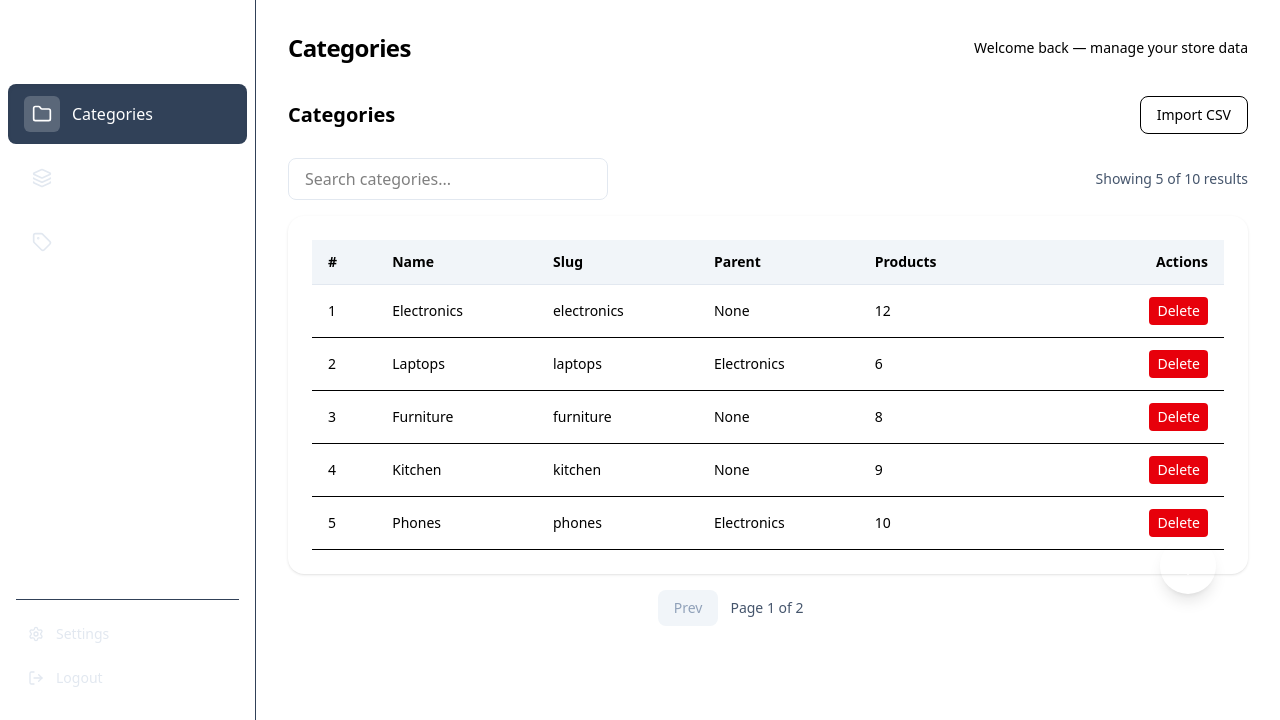
Repository: Ndegwa2/MulistorePOS
Page: /
The author's editor kept a copy of each file at every save. The page is drawn from the files as they stood at one save, then again after the next save.
The browser window is 1280 px wide. The pictures show the whole page.
The project was rebuilt for these pictures with package versions that can differ from the ones it lists, and the page was loaded fresh each time. Also part of the build but not shown: vite.config.js, Frontend/EditModal.jsx, Frontend/DeleteConfirm.jsx, Frontend/subcategory.jsx, Frontend/brand.jsx.

Above is the page before, as saved 2025-10-03 10:20:07.

### index.html
<!DOCTYPE html>
<html lang="en">
  <head>
    <meta charset="UTF-8" />
    <link rel="icon" type="image/svg+xml" href="/vite.svg" />
    <meta name="viewport" content="width=device-width, initial-scale=1.0" />
    <title>Multistore POS</title>
  </head>
  <body class="bg-secondary text-text">
    <div id="root"></div>
    <script type="module" src="/Frontend/main.jsx"></script>
  </body>
</html>

### Frontend/main.jsx
import React from 'react'
import ReactDOM from 'react-dom/client'
import './index.css'
import Dashboard from './dashboaord'

ReactDOM.createRoot(document.getElementById('root')).render(
  <React.StrictMode>
    <Dashboard />
  </React.StrictMode>,
)

### Frontend/dashboaord.jsx
import React, { useState } from "react";
import { Folder, Layers, Tag, Settings, LogOut } from "lucide-react";

// Assume these exist in your project
import CategoryPanel from "./categoryPanel";
import SubCategoryPanel from "./subcategory";
import BrandPanel from "./brand";

const NAV = [
  { key: "categories", label: "Categories", icon: Folder },
  { key: "subcategories", label: "Subcategories", icon: Layers },
  { key: "brands", label: "Brands", icon: Tag },
];

export default function Dashboard() {
  const [active, setActive] = useState("categories");

  // small helper for rendering the active panel
  function renderPanel() {
    if (active === "categories") return <CategoryPanel />;
    if (active === "subcategories") return <SubCategoryPanel />;
    return <BrandPanel />;
  }

  return (
    <div className="min-h-screen bg-secondary text-text flex">
      {/* Sidebar */}
      <aside
        className="w-64 fixed left-0 top-0 h-screen bg-primary text-white border-r border-slate-700
                   flex flex-col justify-between"
        aria-label="Sidebar"
      >
        <div>
          {/* Logo / Title */}
          <div className="px-6 py-6">
            <div className="text-sm font-semibold">Multistore POS</div>
          </div>

          {/* Nav */}
          <nav className="mt-4 px-2" aria-label="Main navigation">
            {NAV.map((n) => {
              const Icon = n.icon;
              const isActive = active === n.key;
              return (
                <button
                  key={n.key}
                  onClick={() => setActive(n.key)}
                  className={`group w-full flex items-center gap-3 px-4 py-3 my-1 rounded-lg text-left
                              transition-colors duration-150
                              ${isActive ? "bg-slate-700 text-white shadow-inner" : "hover:bg-slate-700"}`}
                  aria-current={isActive ? "page" : undefined}
                >
                  <div className={`p-2 rounded-md ${isActive ? "bg-white/20" : "bg-transparent"}`}>
                    <Icon className={`w-5 h-5 ${isActive ? "text-white" : "text-slate-200"} transition-colors`} />
                  </div>
                  <span className="flex-1">{n.label}</span>
                  {/* subtle chevron or count placeholder (optional) */}
                </button>
              );
            })}
          </nav>
        </div>

        {/* bottom area */}
        <div className="px-4 pb-6">
          <div className="border-t border-slate-700 pt-4 flex flex-col gap-2">
            <button className="flex items-center gap-3 px-3 py-2 rounded-lg hover:bg-slate-700 transition-colors">
              <Settings className="w-4 h-4 text-slate-200" />
              <span className="text-sm text-slate-200">Settings</span>
            </button>
            <button className="flex items-center gap-3 px-3 py-2 rounded-lg hover:bg-slate-700 transition-colors">
              <LogOut className="w-4 h-4 text-slate-200" />
              <span className="text-sm text-slate-200">Logout</span>
            </button>
          </div>
        </div>
      </aside>

      {/* Main content */}
      <main className="flex-1 ml-64 bg-secondary min-h-screen text-text p-8">
        {/* Top header (shows active panel name) */}
        <header className="mb-6">
          <div className="flex items-center justify-between">
            <h2 className="text-2xl font-semibold tracking-tight">
              {NAV.find((n) => n.key === active)?.label}
            </h2>
            <div className="text-sm text-text">Welcome back — manage your store data</div>
          </div>
        </header>

        {/* Content area with simple fade/slide animation */}
        <section
          key={active} /* remounts on active change to trigger transition */
          className="transition duration-300 ease-out transform opacity-0 translate-y-2 animate-fade-in"
          style={{ animationFillMode: "forwards", animationDuration: "220ms" }}
        >
          <div className="bg-transparent">
            {renderPanel()}
          </div>
        </section>
      </main>

      {/* small global styles for the fade-in animation (Tailwind can't define keyframes inline) */}
      <style>{`
        @keyframes fadeIn {
          from { opacity: 0; transform: translateY(6px); }
          to { opacity: 1; transform: translateY(0); }
        }
        .animate-fade-in {
          animation-name: fadeIn;
        }
      `}</style>
    </div>
  );
}

### Frontend/categoryPanel.jsx
import React, { useState } from "react";
import EditModal from "./EditModal";
import DeleteConfirm from "./DeleteConfirm";

export default function CategoryPanel() {
  const [categories, setCategories] = useState([
    { id: 1, name: "Electronics", slug: "electronics", parent: "None", count: 12 },
    { id: 2, name: "Laptops", slug: "laptops", parent: "Electronics", count: 6 },
    { id: 3, name: "Furniture", slug: "furniture", parent: "None", count: 8 },
    { id: 4, name: "Kitchen", slug: "kitchen", parent: "None", count: 9 },
    { id: 5, name: "Phones", slug: "phones", parent: "Electronics", count: 10 },
    { id: 6, name: "Accessories", slug: "accessories", parent: "Electronics", count: 4 },
    { id: 7, name: "Chairs", slug: "chairs", parent: "Furniture", count: 7 },
    { id: 8, name: "Tables", slug: "tables", parent: "Furniture", count: 5 },
    { id: 9, name: "Home Decor", slug: "home-decor", parent: "None", count: 11 },
    { id: 10, name: "Audio", slug: "audio", parent: "Electronics", count: 3 },
  ]);

  const [showModal, setShowModal] = useState(false);
  const [newCategory, setNewCategory] = useState({ name: "", slug: "", parent: "", description: "" });
  const [searchTerm, setSearchTerm] = useState("");
  const [currentPage, setCurrentPage] = useState(1);
  const itemsPerPage = 5;

  const [showEditModal, setShowEditModal] = useState(false);
  const [editingItem, setEditingItem] = useState(null);
  const [showDeleteConfirm, setShowDeleteConfirm] = useState(false);
  const [deletingItem, setDeletingItem] = useState(null);

  // Derived filtered categories
  const filtered = categories.filter(
    (c) =>
      c.name.toLowerCase().includes(searchTerm.toLowerCase()) ||
      c.slug.toLowerCase().includes(searchTerm.toLowerCase())
  );

  // Pagination logic
  const totalPages = Math.ceil(filtered.length / itemsPerPage);
  const paginated = filtered.slice((currentPage - 1) * itemsPerPage, currentPage * itemsPerPage);

  const handleAdd = () => setShowModal(true);

  const handleSave = () => {
    if (newCategory.name.trim() === "") return;
    setCategories([...categories, { ...newCategory, id: Date.now(), count: 0 }]);
    setNewCategory({ name: "", slug: "", parent: "", description: "" });
    setShowModal(false);
  };

  const handleSearch = (e) => {
    setSearchTerm(e.target.value);
    setCurrentPage(1);
  };

  const handleEdit = (item) => {
    setEditingItem(item);
    setShowEditModal(true);
  };

  const handleEditSave = (updated) => {
    setCategories(categories.map(c => c.id === updated.id ? updated : c));
    setShowEditModal(false);
  };

  const handleDelete = (item) => {
    setDeletingItem(item);
    setShowDeleteConfirm(true);
  };

  const handleDeleteConfirm = () => {
    setCategories(categories.filter(c => c.id !== deletingItem.id));
    setShowDeleteConfirm(false);
  };

  return (
    <div className="text-text font-sans">
      {/* Header */}
      <div className="flex flex-col sm:flex-row justify-between sm:items-center mb-6 gap-3">
        <h2 className="text-xl font-semibold">Categories</h2>
        <div className="flex gap-3">
          <button
            className="bg-primary text-white px-4 py-2 rounded-lg hover:bg-slate-700 text-sm"
            onClick={handleAdd}
          >
            + New Category
          </button>
          <button className="border border-primary text-primary px-4 py-2 rounded-lg hover:bg-slate-100 text-sm">
            Import CSV
          </button>
        </div>
      </div>

      {/* Search */}
      <div className="mb-4 flex justify-between items-center flex-wrap gap-3">
        <input
          type="text"
          placeholder="Search categories..."
          value={searchTerm}
          onChange={handleSearch}
          className="w-full sm:w-1/3 bg-white text-text px-4 py-2 rounded-lg border border-slate-200 focus:ring-2 focus:ring-primary outline-none"
        />
        <span className="text-sm text-slate-600">
          Showing {paginated.length} of {filtered.length} results
        </span>
      </div>

      {/* Table */}
      <div className="bg-white rounded-2xl shadow p-6 overflow-x-auto">
        <table className="w-full text-left border-collapse text-sm">
          <thead className="bg-slate-100 border-b border-slate-200">
            <tr>
              <th className="py-3 px-4">#</th>
              <th className="py-3 px-4">Name</th>
              <th className="py-3 px-4">Slug</th>
              <th className="py-3 px-4">Parent</th>
              <th className="py-3 px-4">Products</th>
              <th className="py-3 px-4 text-right">Actions</th>
            </tr>
          </thead>
          <tbody>
            {paginated.map((cat, idx) => (
              <tr key={cat.id} className="border-b hover:bg-slate-50">
                <td className="py-3 px-4">{(currentPage - 1) * itemsPerPage + idx + 1}</td>
                <td className="py-3 px-4">{cat.name}</td>
                <td className="py-3 px-4">{cat.slug}</td>
                <td className="py-3 px-4">{cat.parent}</td>
                <td className="py-3 px-4">{cat.count}</td>
                <td className="py-3 px-4 text-right space-x-2">
                  <button
                    onClick={() => handleEdit(cat)}
                    className="bg-primary text-white px-2 py-1 rounded hover:bg-slate-700"
                  >
                    Edit
                  </button>
                  <button
                    onClick={() => handleDelete(cat)}
                    className="bg-red-600 text-white px-2 py-1 rounded hover:bg-red-700"
                  >
                    Delete
                  </button>
                </td>
              </tr>
            ))}
          </tbody>
        </table>
      </div>

      {/* Pagination Controls */}
      <div className="flex justify-center gap-3 mt-4">
        <button
          disabled={currentPage === 1}
          onClick={() => setCurrentPage(currentPage - 1)}
          className={`px-4 py-2 rounded-lg text-sm ${
            currentPage === 1 ? "bg-slate-100 text-slate-400" : "bg-primary text-white hover:bg-slate-700"
          }`}
        >
          Prev
        </button>
        <span className="text-slate-600 text-sm self-center">
          Page {currentPage} of {totalPages}
        </span>
        <button
          disabled={currentPage === totalPages}
          onClick={() => setCurrentPage(currentPage + 1)}
          className={`px-4 py-2 rounded-lg text-sm ${
            currentPage === totalPages
              ? "bg-slate-100 text-slate-400"
              : "bg-primary text-white hover:bg-slate-700"
          }`}
        >
          Next
        </button>
      </div>

      {/* Floating Add Button */}
      <button
        onClick={handleAdd}
        className="fixed bottom-8 right-8 bg-primary hover:bg-slate-700 w-14 h-14 flex items-center justify-center rounded-full shadow-lg text-white"
      >
        <span className="text-2xl">＋</span>
      </button>

      {/* Modal */}
      {showModal && (
        <div className="fixed inset-0 bg-black/50 flex items-center justify-center z-50">
          <div className="bg-white p-6 rounded-xl w-full max-w-md shadow-2xl border border-slate-200">
            <h2 className="text-lg font-semibold mb-4">Add New Category</h2>

            <div className="space-y-4">
              <div>
                <label className="text-sm text-slate-600">Name</label>
                <input
                  type="text"
                  value={newCategory.name}
                  onChange={(e) => setNewCategory({ ...newCategory, name: e.target.value })}
                  className="w-full mt-1 bg-white border border-slate-200 rounded-lg px-3 py-2 outline-none focus:ring-2 focus:ring-primary"
                />
              </div>
              <div>
                <label className="text-sm text-slate-600">Slug</label>
                <input
                  type="text"
                  value={newCategory.slug}
                  onChange={(e) => setNewCategory({ ...newCategory, slug: e.target.value })}
                  className="w-full mt-1 bg-white border border-slate-200 rounded-lg px-3 py-2 outline-none focus:ring-2 focus:ring-primary"
                />
              </div>
              <div>
                <label className="text-sm text-slate-600">Parent</label>
                <select
                  value={newCategory.parent}
                  onChange={(e) => setNewCategory({ ...newCategory, parent: e.target.value })}
                  className="w-full mt-1 bg-white border border-slate-200 rounded-lg px-3 py-2 outline-none focus:ring-2 focus:ring-primary"
                >
                  <option value="">None</option>
                  {categories
                    .filter((c) => c.parent === "None")
                    .map((c) => (
                      <option key={c.id}>{c.name}</option>
                    ))}
                </select>
              </div>
              <div>
                <label className="text-sm text-slate-600">Description</label>
                <textarea
                  rows="3"
                  value={newCategory.description}
                  onChange={(e) => setNewCategory({ ...newCategory, description: e.target.value })}
                  className="w-full mt-1 bg-white border border-slate-200 rounded-lg px-3 py-2 outline-none focus:ring-2 focus:ring-primary"
                ></textarea>
              </div>
            </div>

            <div className="flex justify-end gap-3 mt-6">
              <button
                onClick={() => setShowModal(false)}
                className="px-4 py-2 bg-slate-100 hover:bg-slate-200 rounded-lg"
              >
                Cancel
              </button>
              <button
                onClick={handleSave}
                className="px-4 py-2 bg-primary text-white hover:bg-slate-700 rounded-lg"
              >
                Save
              </button>
            </div>
          </div>
        </div>
      )}

      <EditModal
        isOpen={showEditModal}
        onClose={() => setShowEditModal(false)}
        onSave={handleEditSave}
        initialData={editingItem}
        fields={[
          { name: 'name', label: 'Name', type: 'text' },
          { name: 'slug', label: 'Slug', type: 'text' },
          { name: 'parent', label: 'Parent', type: 'select', options: ['None', ...categories.filter(c => c.parent === 'None').map(c => c.name)] },
          { name: 'description', label: 'Description', type: 'textarea' }
        ]}
      />

      <DeleteConfirm
        isOpen={showDeleteConfirm}
        onClose={() => setShowDeleteConfirm(false)}
        onConfirm={handleDeleteConfirm}
        itemName={deletingItem?.name}
      />
    </div>
  );
}

Loaded but not shown: Frontend/index.css (common file)

After the next save:
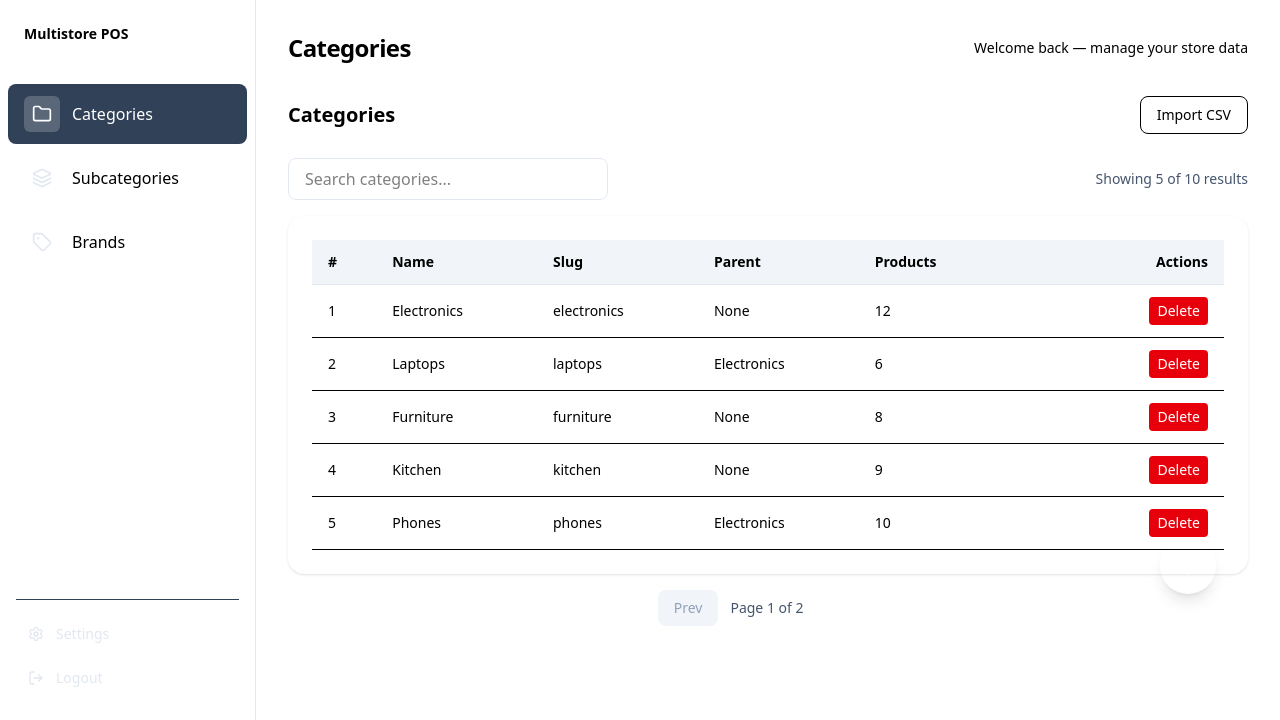
Saved 98 s later.
--- a/Frontend/dashboaord.jsx
+++ b/Frontend/dashboaord.jsx
@@ -26,7 +26,7 @@ export default function Dashboard() {
     <div className="min-h-screen bg-secondary text-text flex">
       {/* Sidebar */}
       <aside
-        className="w-64 fixed left-0 top-0 h-screen bg-primary text-white border-r border-slate-700
+        className="w-64 fixed left-0 top-0 h-screen bg-white text-text border-r border-slate-200
                    flex flex-col justify-between"
         aria-label="Sidebar"
       >
